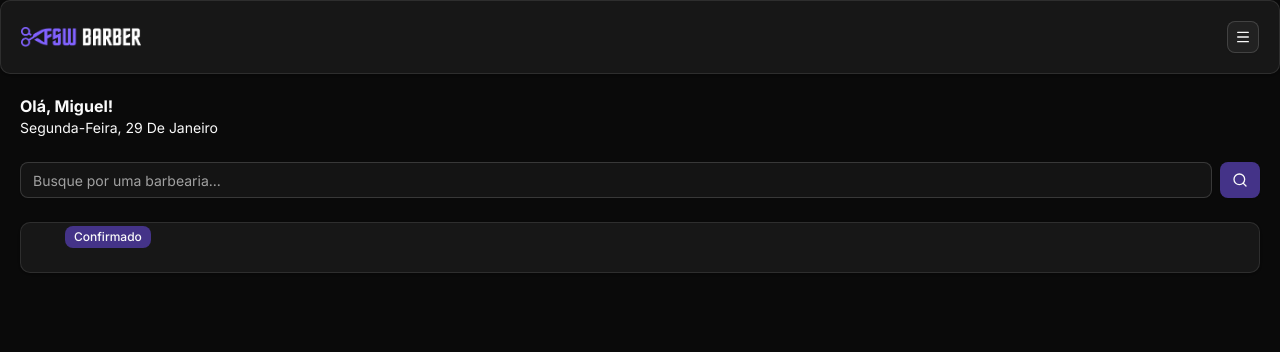
Repository: PaulinhoMachadooo/Barber
Page: /
These files come from the project's save history. The page is drawn as it stood at one moment and after the next save; the edit follows.
The browser window is 1280 px wide. The pictures show the whole page.
The project was rebuilt for these pictures with package versions that can differ from the ones it lists, and the page was loaded fresh each time. The framework's server and built-in components were replaced by stand-ins that run in the browser. Also part of the build but not shown: next.config.ts.

Above is the page before, as saved 2025-04-13 18:25:01.

After the next save:
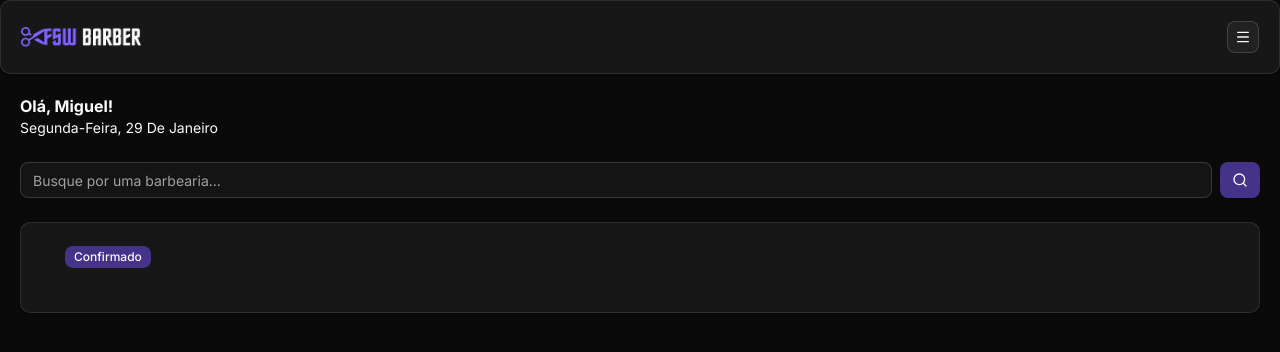
Saved 48 s later.
--- a/app/_components/booking-item.tsx
+++ b/app/_components/booking-item.tsx
@@ -6,7 +6,7 @@ const  BookingItem = () => {
     return (
         <Card>
             <CardContent>
-                <div className="px-5">
+                <div className="p-5">
                     <Badge>Confirmado</Badge>
                 </div>
             </CardContent>
